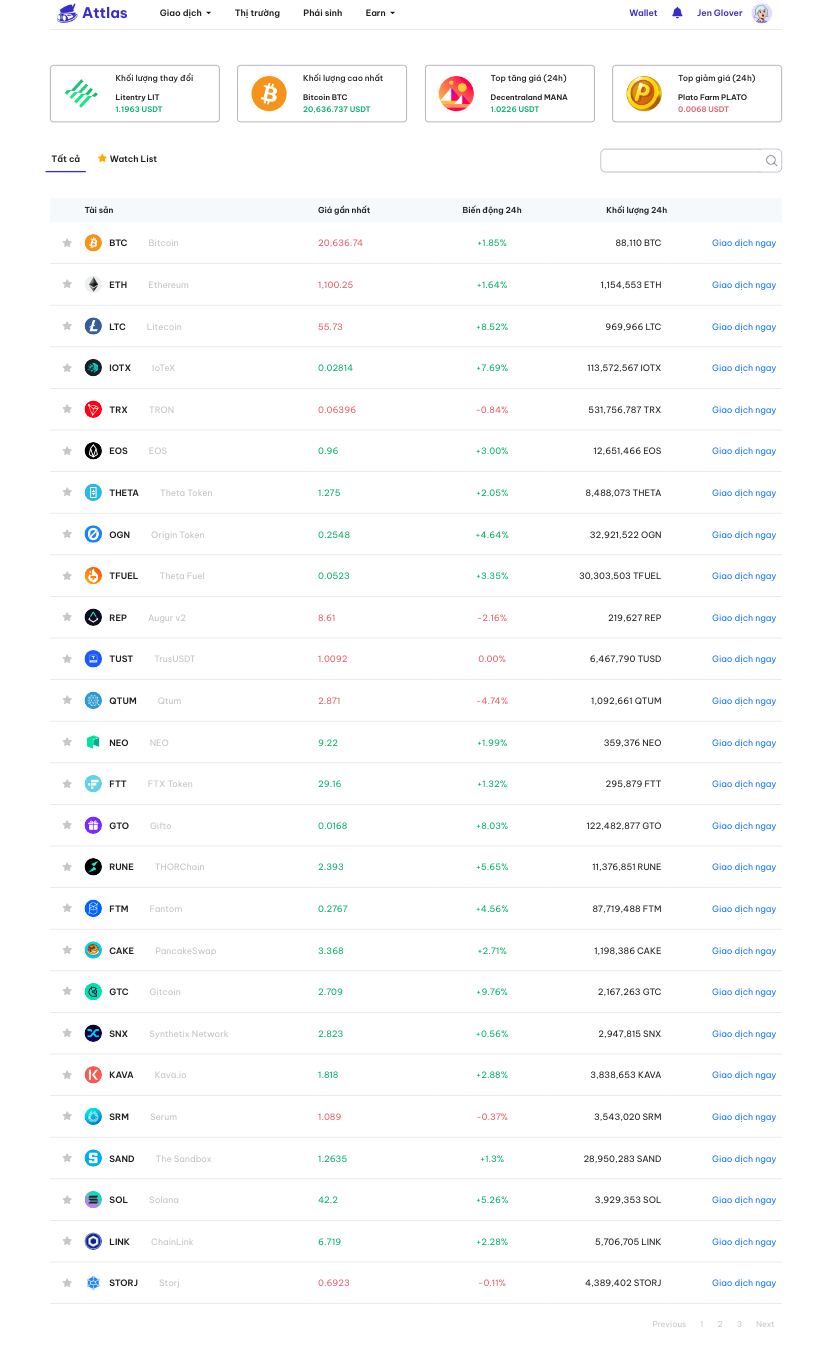
Repository: 1509Long/1509long.github.io
Page: techmaster-test/homepage.html
The author's editor kept a copy of each file at every save. The page is drawn from the files as they stood at one save, then again after the next save.
The browser window is 1280 px wide. The pictures show the whole page, at 65% of full size.

Above is the page before, as saved 2022-07-19 19:17:10.

After the next save:
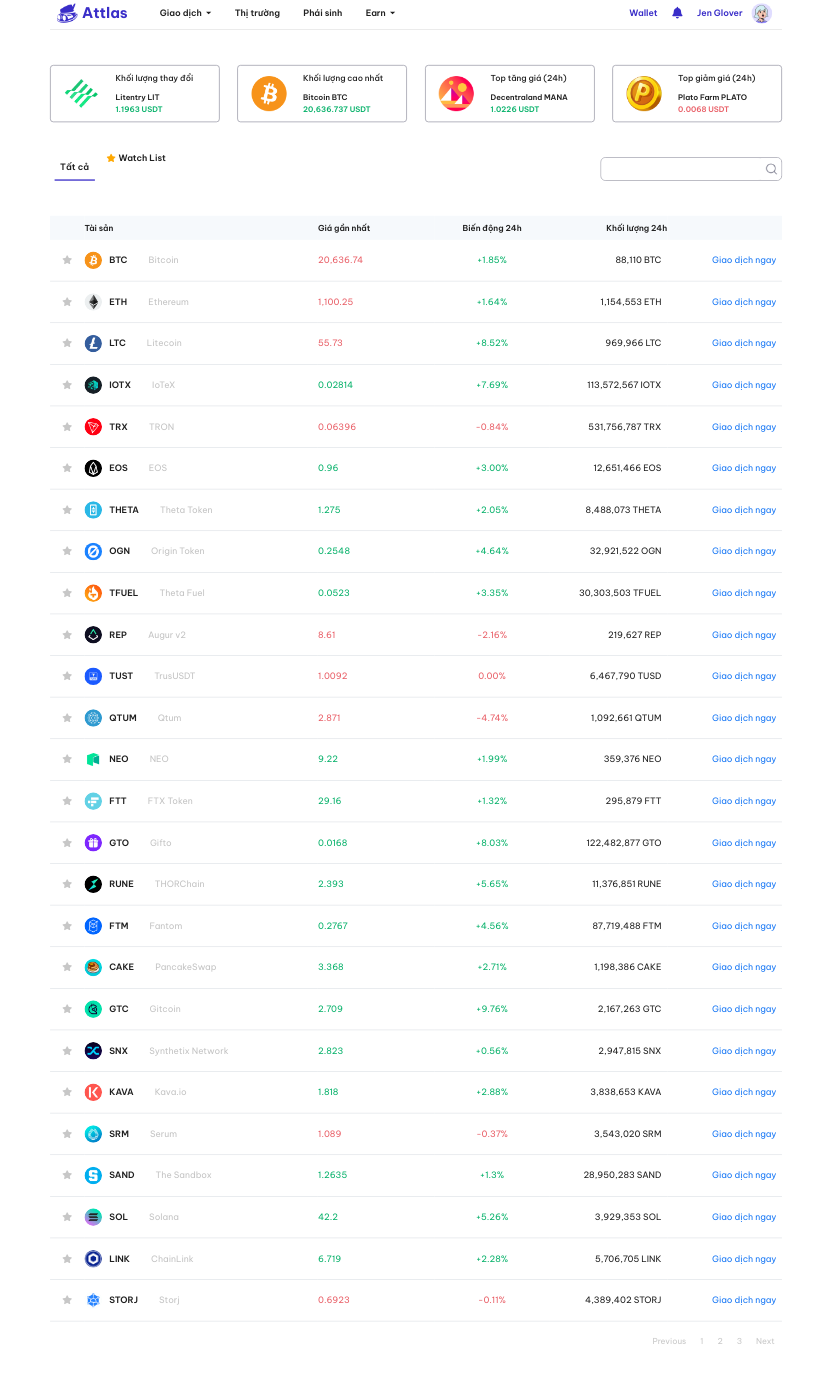
Saved 5 min 35 s later.
--- a/techmaster-test/homepage.css
+++ b/techmaster-test/homepage.css
@@ -167,6 +167,7 @@
 }
 
 .nav-pills .nav-link.active, .nav-pills .show>.nav-link {
+    margin: 1.5rem;
     background-color: #fff;
     color: #1F1F1F;
     padding-bottom: 1rem;

After the save that followed:
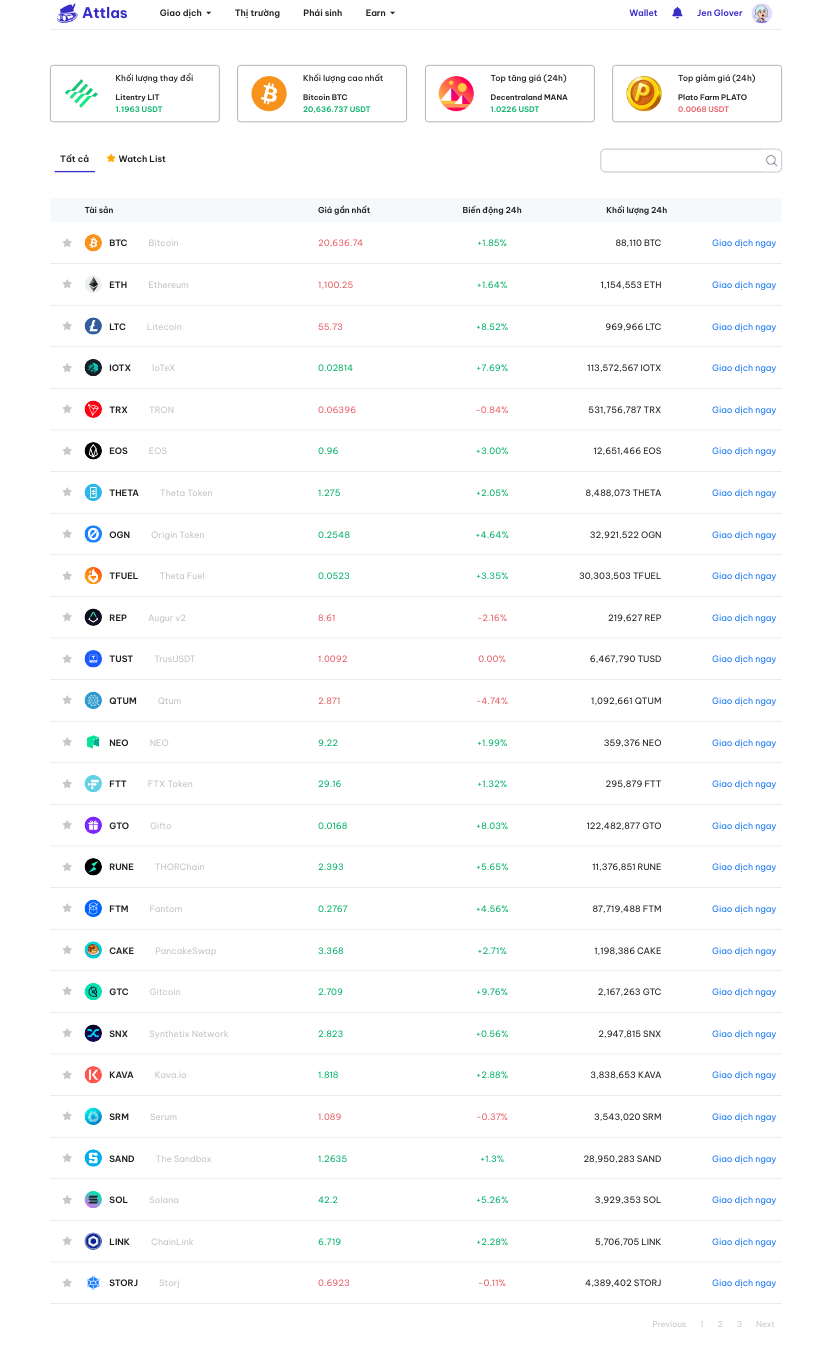
Saved 8 s later.
--- a/techmaster-test/homepage.css
+++ b/techmaster-test/homepage.css
@@ -167,7 +167,7 @@
 }
 
 .nav-pills .nav-link.active, .nav-pills .show>.nav-link {
-    margin: 1.5rem;
+    margin: 0 1.5rem;
     background-color: #fff;
     color: #1F1F1F;
     padding-bottom: 1rem;
